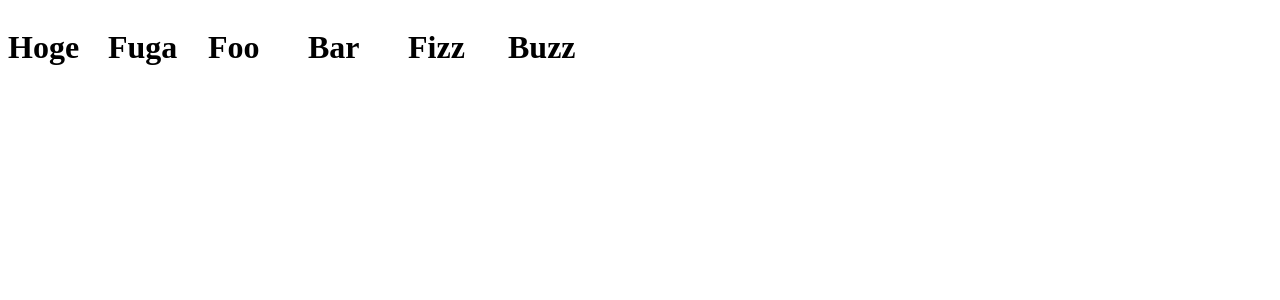
Repository: yurika0128/samurai_HTML-CSS
Page: index3.html
The author's editor kept a record of every edit. The page is drawn from the files as they stood at one moment, then again after the next edit.
The browser window is 1280 px wide. The pictures show the whole page.

Above is the page before.

After the next edit:
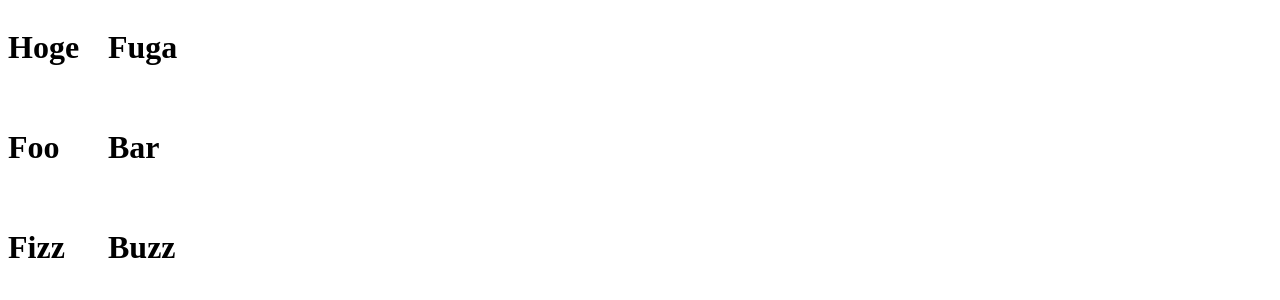
The edit:
--- a/index3.html
+++ b/index3.html
@@ -1,10 +1,11 @@
 <html lang="ja">
     <head>
         <style>
-            #grid {
-                display: grid;
-                grid-template-columns: 100px 100px 100px 100px 100px 100px;
-            }
+          #grid {
+    display: grid;
+    grid-template-columns: 100px 100px;
+    grid-template-rows: 100px 100px 100px;
+}
         </style>
     </head>
     <body>
